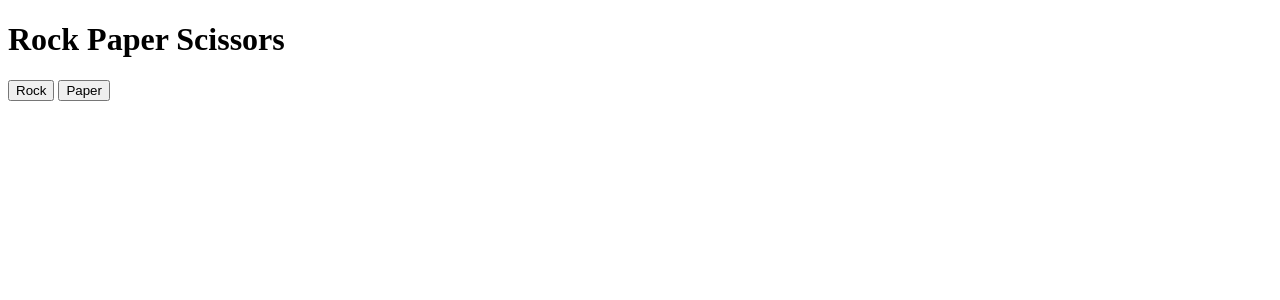
Repository: pgyunknown/Rock_paper_scissors-
Page: index.html
The author's editor kept a copy of each file at every save. The page is drawn from the files as they stood at one save, then again after a run of saves.
The browser window is 1280 px wide. The pictures show the whole page.

Above is the page before, as saved 2024-08-19 22:35:16.
Console error (its wording comes from the project's code and is left out).

After the next 2 saves:
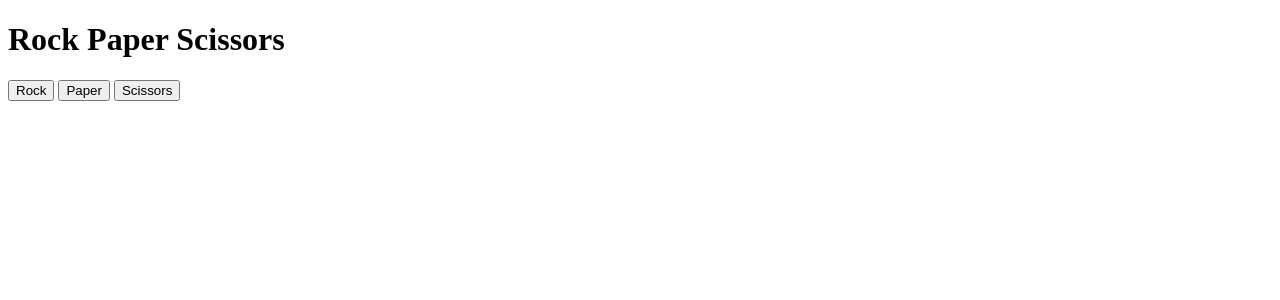
The 2 saves are shown as one change because they came seconds apart.
The last was saved 10 s later.
--- a/index.html
+++ b/index.html
@@ -33,6 +33,7 @@
   ">Rock</button>
 
   <button>Paper</button>
+  <button>Scissors</button>
 
     <script>
 
